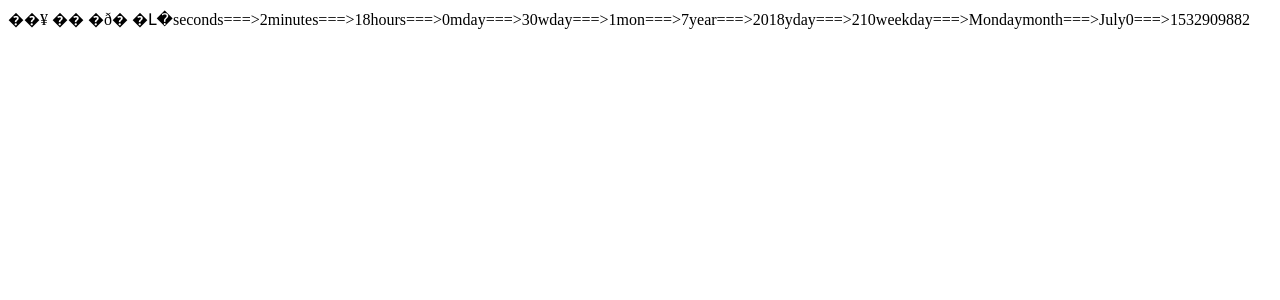
Repository: 2ujin/2018-PHP-afterschool
Page: http://localhost/CH08/01_getdate.php
The author's editor kept a copy of each file at every save. The page is drawn from the files as they stood at one save, then again after the next save.
The browser window is 1280 px wide. The pictures show the whole page.
The page is run by PHP 8.4 with error messages shown; the project is at /var/www/html/.

Above is the page before, as saved 2018-08-01 00:19:27.

After the next save:
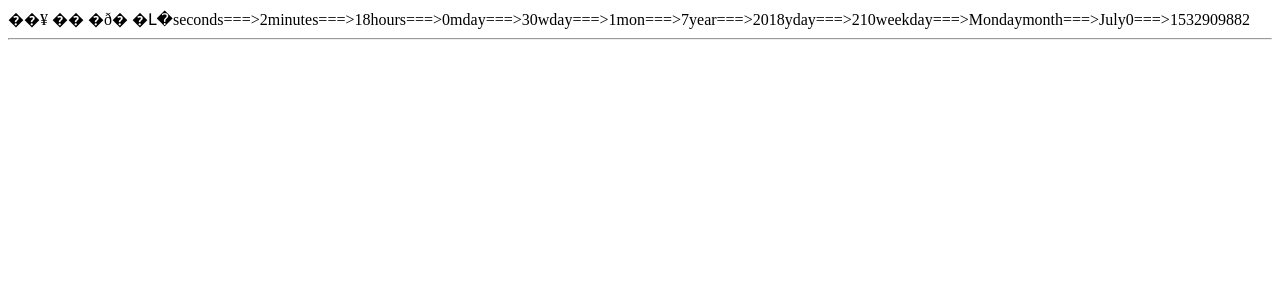
Saved 14 s later.
--- a/PHPStudy/CH08/01_getdate.php
+++ b/PHPStudy/CH08/01_getdate.php
@@ -6,4 +6,6 @@ $today = getdate();
 
 foreach($today as $key=>$value)
     echo $key."===>".$value;
+
+    echo "<hr>";
 ?>
